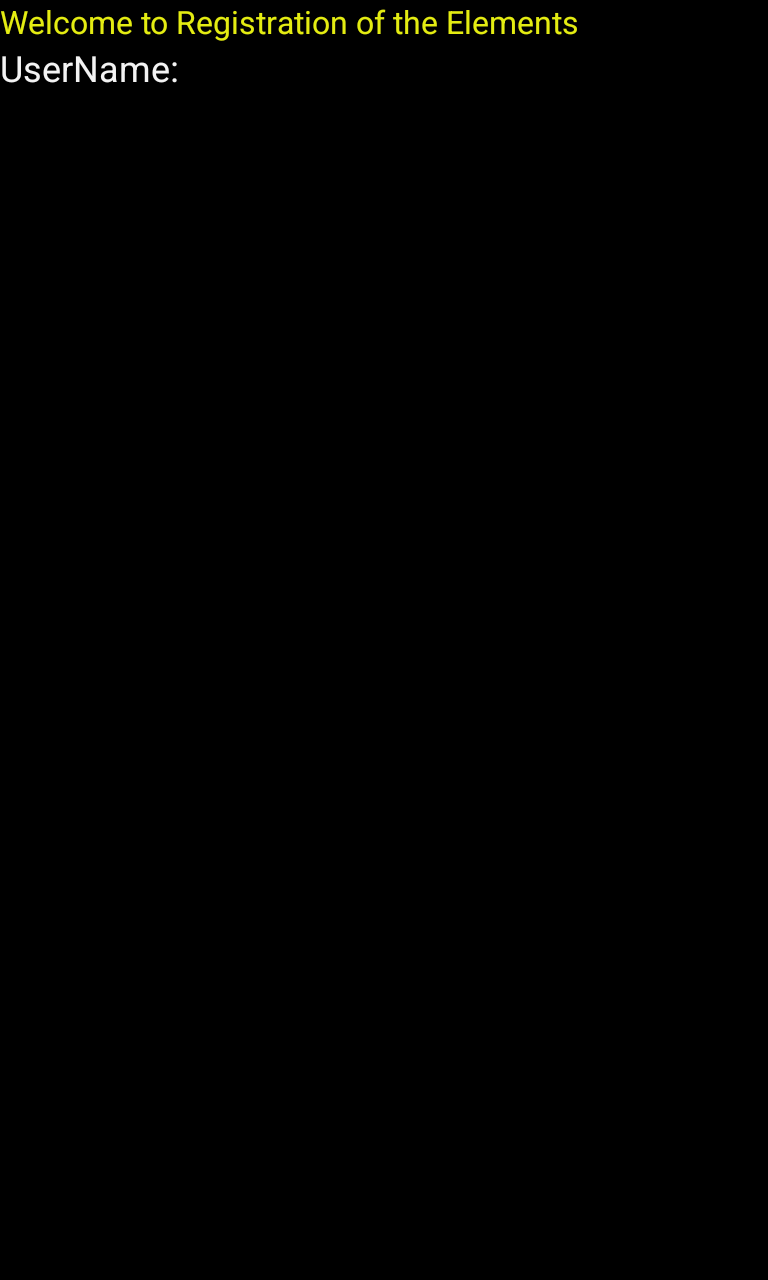
Repository: Keerthanava/The-Elements
Layout: TheElements-dev/res/layout/register_user.xml
The author's editor kept a copy of each file at every save. The layout is drawn from the files as they stood at one save, then again after the next save.
It is drawn on a 768 x 1280 px phone screen (xhdpi) without system bars, with theme android:Theme.Holo; the app's code is not run.

Above is the layout before, as saved 2014-07-20 04:30:56.

After the next save:
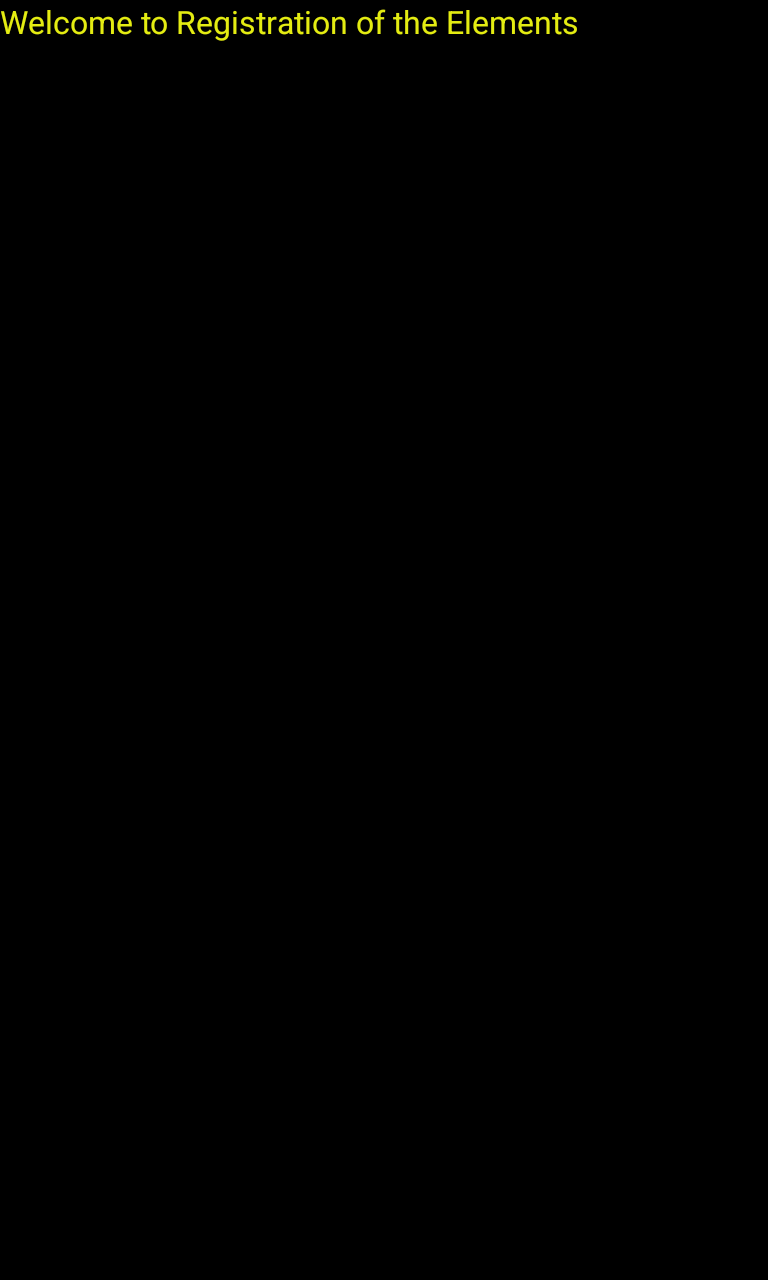
Saved 23 s later.
--- a/TheElements-dev/res/layout/register_user.xml
+++ b/TheElements-dev/res/layout/register_user.xml
@@ -11,14 +11,7 @@
         android:text="Welcome to Registration of the Elements"
         android:textAppearance="?android:attr/textAppearanceLarge"
         android:textSize="16dp"
-        android:textColor="#e4ec12"/>
-
-    <TextView
-        android:id="@+id/Username"
-        android:layout_width="wrap_content"
-        android:layout_height="wrap_content"
-        android:text="UserName:"
-        android:textAppearance="?android:attr/textAppearanceMedium" />
+        android:textColor="#e4ec12"/> />
 
 
 
